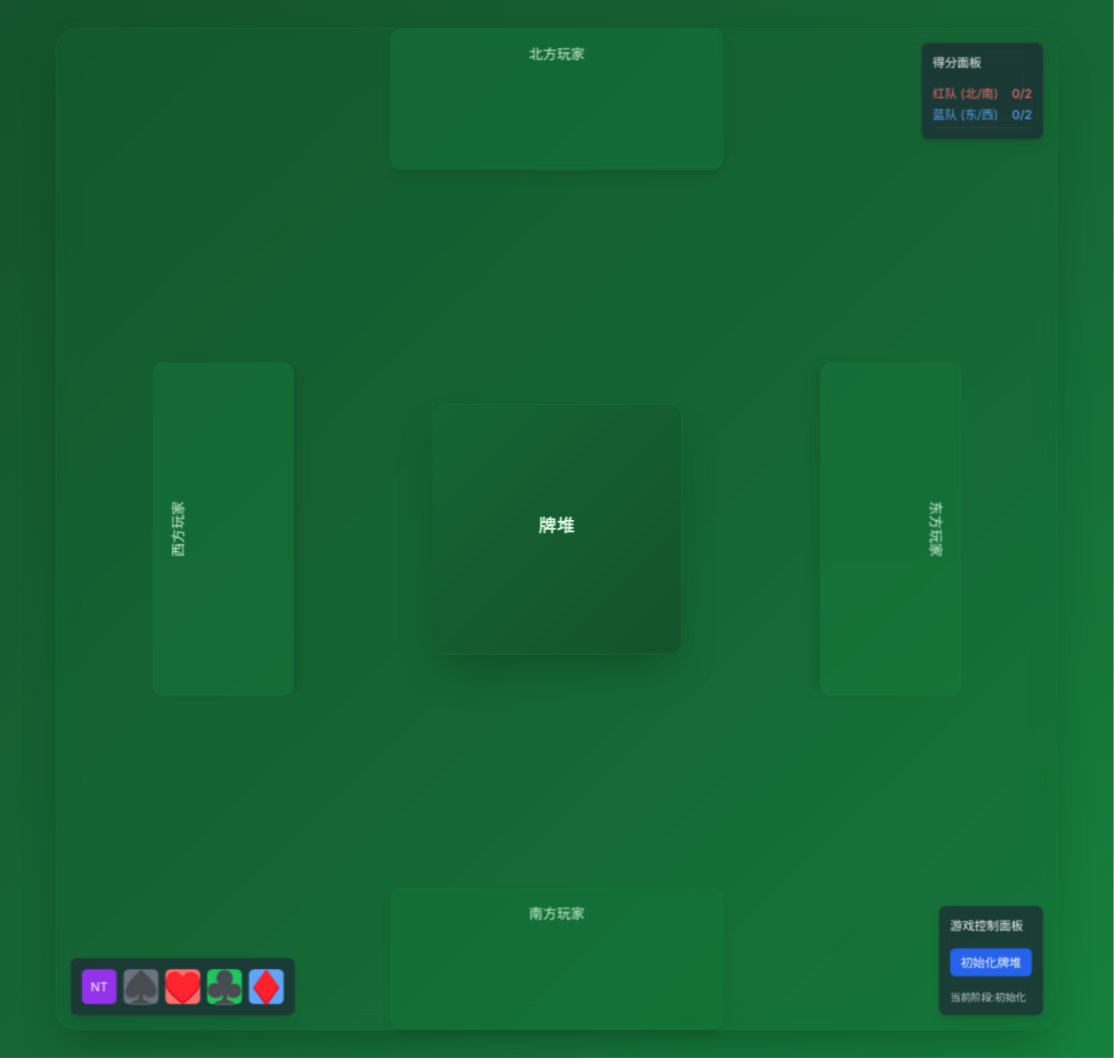
Repository: laofansay/Tractor80
Page: /
The author's editor kept a copy of each file at every save. The page is drawn from the files as they stood at one save, then again after the next save.
The browser window is 1280 px wide. The pictures show the whole page, at 87% of full size.
The project was rebuilt for these pictures with package versions that can differ from the ones it lists, and the page was loaded fresh each time. The framework's server and built-in components were replaced by stand-ins that run in the browser. Also part of the build but not shown: next.config.js, app/components/Card.tsx.

Above is the page before, as saved 2025-03-10 20:09:11.

After the next save:
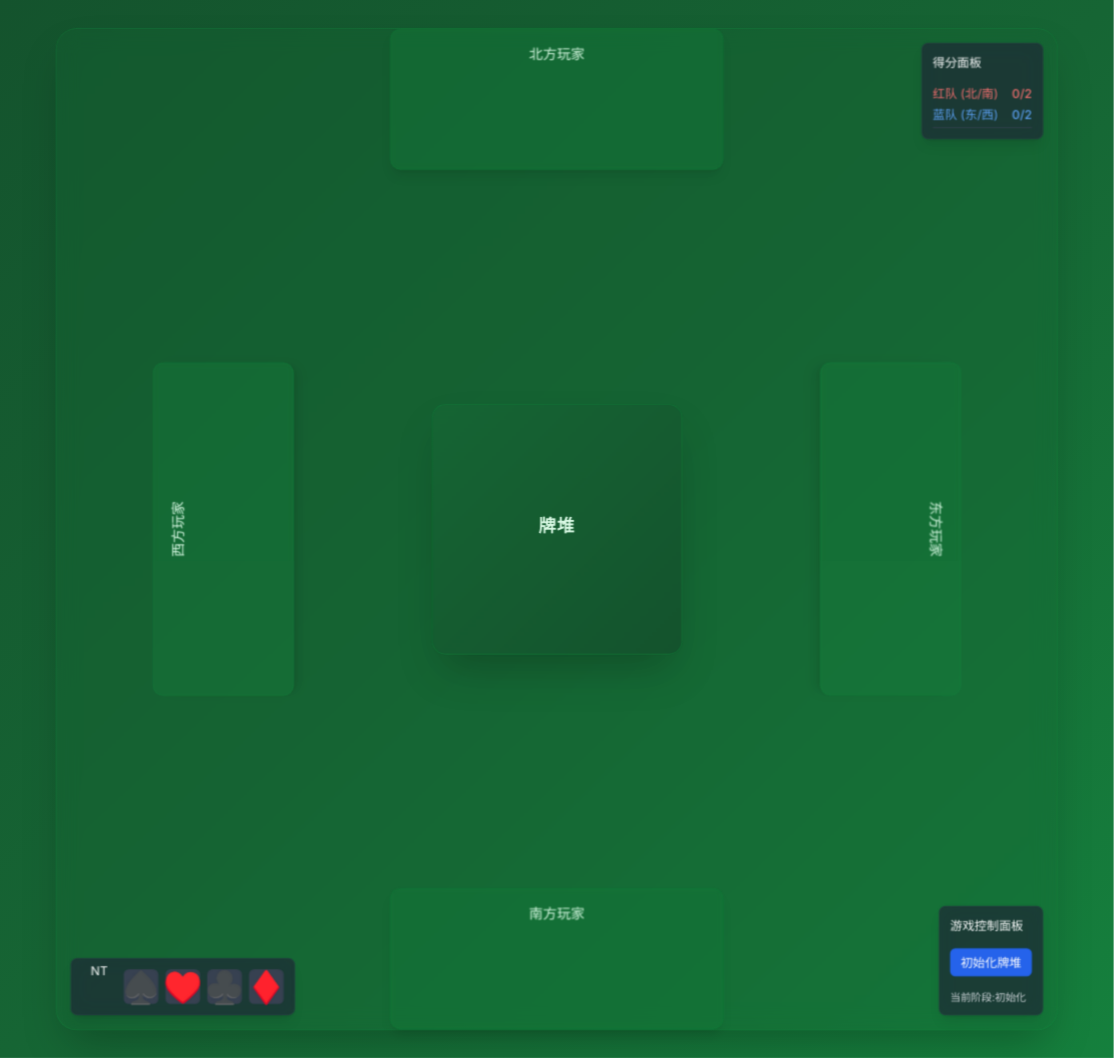
Saved 2 min 16 s later.
--- a/app/components/TrumpSelectionPanel.tsx
+++ b/app/components/TrumpSelectionPanel.tsx
@@ -23,14 +23,14 @@ export function TrumpSelectionPanel({ onSelectTrump, gamePhase, availableSuits,
         <div className="flex flex-row gap-2">
           <button
             onClick={() => onSelectTrump(null)}
-            className="w-10 h-10 bg-purple-600 hover:bg-purple-500 text-white rounded-md transition-colors text-sm flex items-center justify-center"
+            className="w-10 h-1 ${availableSuits.includes('S') ? 'bg-red-600 hover:bg-red-500 cursor-pointer' : 'bg-gray-700 cursor-not-allowed'} text-white rounded-md transition-colors text-sm flex items-center justify-center"
             title="无主"
           >
             NT
           </button>
           <button
             onClick={() => onSelectTrump('S')}
-            className={`w-10 h-10 ${availableSuits.includes('S') ? 'bg-gray-800 hover:bg-gray-700 cursor-pointer' : 'bg-gray-500 cursor-not-allowed'} text-white rounded-md transition-colors text-4xl flex items-center justify-center`}
+            className={`w-10 h-10 ${availableSuits.includes('S') ? 'bg-red-600 hover:bg-red-500 cursor-pointer' : 'bg-gray-700 cursor-not-allowed'} text-white rounded-md transition-colors text-4xl flex items-center justify-center`}
             title="黑桃"
             disabled={!availableSuits.includes('S')}
           >
@@ -38,7 +38,7 @@ export function TrumpSelectionPanel({ onSelectTrump, gamePhase, availableSuits,
           </button>
           <button
             onClick={() => onSelectTrump('H')}
-            className={`w-10 h-10 ${availableSuits.includes('H') ? 'bg-red-600 hover:bg-red-500 cursor-pointer' : 'bg-red-400 cursor-not-allowed'} text-white rounded-md transition-colors text-4xl flex items-center justify-center`}
+            className={`w-10 h-10 ${availableSuits.includes('H') ? 'bg-red-600 hover:bg-red-500 cursor-pointer' : 'bg-gray-700 cursor-not-allowed'} text-white rounded-md transition-colors text-4xl flex items-center justify-center`}
             title="红桃"
             disabled={!availableSuits.includes('H')}
           >
@@ -46,7 +46,7 @@ export function TrumpSelectionPanel({ onSelectTrump, gamePhase, availableSuits,
           </button>
           <button
             onClick={() => onSelectTrump('C')}
-            className={`w-10 h-10 ${availableSuits.includes('C') ? 'bg-green-700 hover:bg-green-600 cursor-pointer' : 'bg-green-500 cursor-not-allowed'} text-white rounded-md transition-colors text-4xl flex items-center justify-center`}
+            className={`w-10 h-10 ${availableSuits.includes('C') ? 'bg-red-600 hover:bg-red-500 cursor-pointer' : 'bg-gray-700 cursor-not-allowed'} text-white rounded-md transition-colors text-4xl flex items-center justify-center`}
             title="梅花"
             disabled={!availableSuits.includes('C')}
           >
@@ -54,7 +54,7 @@ export function TrumpSelectionPanel({ onSelectTrump, gamePhase, availableSuits,
           </button>
           <button
             onClick={() => onSelectTrump('D')}
-            className={`w-10 h-10 ${availableSuits.includes('D') ? 'bg-blue-600 hover:bg-blue-500 cursor-pointer' : 'bg-blue-400 cursor-not-allowed'} text-white rounded-md transition-colors text-4xl flex items-center justify-center`}
+            className={`w-10 h-10 ${availableSuits.includes('D') ? 'bg-red-600 hover:bg-red-500 cursor-pointer' : 'bg-gray-700 cursor-not-allowed'} text-white rounded-md transition-colors text-4xl flex items-center justify-center`}
             title="方块"
             disabled={!availableSuits.includes('D')}
           >
